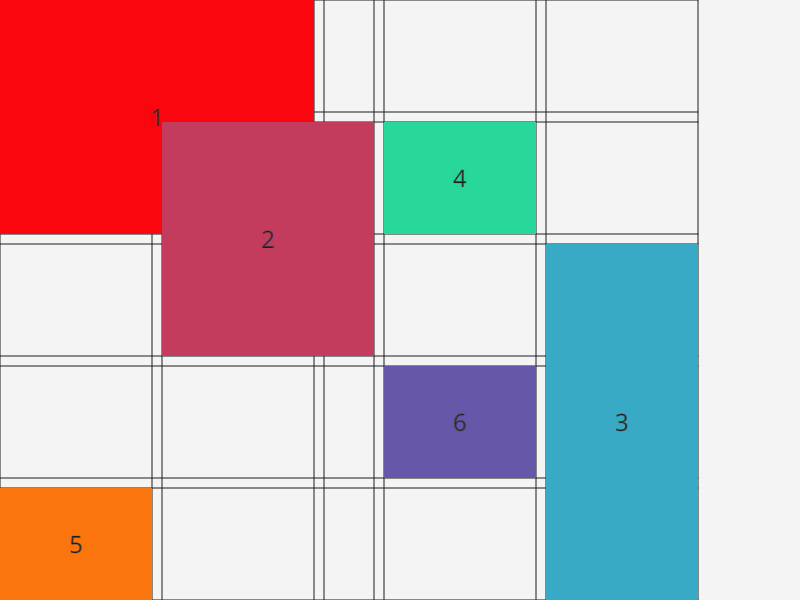
Repository: AlanVidalll/Curso-Java-Completo
Program's window: java exercicios-javafx/src/layout/AppLayout.java
An editor plug-in stored every save of this project. The program's window is shown before and after the next save, followed by the edit.
It runs on Java 21 on a 1366 x 768 screen with JavaFX 11; the title bar is not drawn.

Above is the program's window before, as saved 2020-04-11 14:03:26.

### exercicios-javafx/src/layout/AppLayout.java
package layout;

import javafx.application.Application;
import javafx.scene.Parent;
import javafx.scene.Scene;
import javafx.stage.Stage;

public class AppLayout extends Application {

	@Override
	public void start(Stage primaryStage) throws Exception {
		Parent raiz = null;

		raiz = new TesteAnchorPane();
		raiz = new TesteBorderPane();
		raiz = new TesteFlowPane();
		raiz = new TesteGridPane();

		//Scene principal = new Scene(new TesteAnchorPane(),800,600);
		Scene principal = new Scene(raiz,800,600);

		primaryStage.setScene(principal);
		primaryStage.setTitle("Gerenciadores de Layout");
		primaryStage.show();
	}

	public static void main(String[] args) {
		launch(args);
	}

}

### exercicios-javafx/src/layout/TesteGridPane.java
package layout;

import javafx.scene.layout.ColumnConstraints;
import javafx.scene.layout.GridPane;
import javafx.scene.layout.RowConstraints;

public class TesteGridPane extends GridPane {

	public TesteGridPane() {

		Caixa c1 = new Caixa().comTexto("1");
		Caixa c2 = new Caixa().comTexto("2");
		Caixa c3 = new Caixa().comTexto("3");
		Caixa c4 = new Caixa().comTexto("4");
		Caixa c5 = new Caixa().comTexto("5");
		Caixa c6 = new Caixa().comTexto("6");

		setGridLinesVisible(true);

		getColumnConstraints().addAll(cc(), cc(), fcc(), cc(), cc());
		getRowConstraints().addAll(rc(), rc(), rc(), rc(), rc());

		setVgap(10);
		setHgap(10);

		add(c1, 0, 0, 2, 2);
		add(c2, 1, 1, 2, 2);
		add(c3, 4, 2, 1, 3);
		add(c4, 3, 1);
		add(c5, 0,4);
		add(c6,3,3);
	}

	private ColumnConstraints cc() {

		ColumnConstraints cc = new ColumnConstraints();
		cc.setPercentWidth(20);
		cc.setFillWidth(true);
		return cc;

	}

	private ColumnConstraints fcc() {

		ColumnConstraints cc = new ColumnConstraints();
		//cc.setPercentWidth(20);
		cc.setMinWidth(50);
		cc.setMaxWidth(50);
		cc.setFillWidth(true);
		return cc;

	}

	private RowConstraints rc() {
		RowConstraints rc = new RowConstraints();
		rc.setPercentHeight(20);
		rc.setFillHeight(true);
		return rc;

	}
}

### exercicios-javafx/src/layout/TesteAnchorPane.java
package layout;

import javafx.geometry.Pos;
import javafx.scene.layout.AnchorPane;
import javafx.scene.layout.HBox;

public class TesteAnchorPane extends AnchorPane {

	public TesteAnchorPane() {

		Quadrado q1 = new Quadrado();
		setTopAnchor(q1, 10.0);
		setLeftAnchor(q1, 10.0);

		Quadrado q2 = new Quadrado();
		setTopAnchor(q2, 10.0);
		setRightAnchor(q2, 10.0);

		Quadrado q3 = new Quadrado();
		setBottomAnchor(q3, 10.0);
		setLeftAnchor(q3, 10.0);

		Quadrado q4 = new Quadrado();
		setBottomAnchor(q4, 10.0);
		setRightAnchor(q4, 10.0);


		HBox centro = new HBox();
		centro.setAlignment(Pos.CENTER);
		setTopAnchor(centro, 110.0);
		setBottomAnchor(centro, 110.0);
		setLeftAnchor(centro, 110.0);
		setRightAnchor(centro, 110.0);

		Quadrado q5 = new Quadrado();
		centro.getChildren().add(q5);

		getChildren().addAll(q1,q2,q3,q4,centro);
	}


}

### exercicios-javafx/src/layout/Quadrado.java
package layout;

import javafx.scene.paint.Color;
import javafx.scene.shape.Rectangle;

public class Quadrado extends Rectangle {

	private static int i = 0;

	private String[] cores = {
			"c33c5e", "39aac6",
			"28d79a", "fb750e",
			"6657a8", "f9060e"

	};

	public Quadrado() {
		this(100, 100);
	}

	public Quadrado(int largura, int altura) {

		setWidth(largura);
		setHeight(altura);

		setFill(Color.web(cores[i]));
		;
		i++;
		if (i == 6)
			i = 0;
	}

}

### exercicios-javafx/src/layout/TesteBorderPane.java
package layout;

import javafx.scene.layout.BorderPane;

public class TesteBorderPane extends BorderPane {

	public TesteBorderPane () {


		Caixa c1 = new Caixa().comTexto("Topo");
		setTop(c1);
		Caixa c2 = new Caixa().comTexto("Esquerda");
		setLeft(c2);
		Caixa c3 = new Caixa().comTexto("Direita");
		setRight(c3);
		Caixa c4 = new Caixa().comTexto("Fundo");
		setBottom(c4);
		Caixa c5 = new Caixa().comTexto("Centro");
		setCenter(c5);
	}
}

### exercicios-javafx/src/layout/Caixa.java
package layout;

import javafx.geometry.Insets;
import javafx.geometry.Pos;
import javafx.scene.control.Label;
import javafx.scene.layout.Background;
import javafx.scene.layout.BackgroundFill;
import javafx.scene.layout.CornerRadii;
import javafx.scene.layout.HBox;
import javafx.scene.paint.Color;
import javafx.scene.text.Font;

public class Caixa extends HBox {

	private static int i = 0;

	private String[] cores = { "c33c5e", "39aac6", "28d79a", "fb750e", "6657a8", "f9060e"

	};

	public Caixa() {
		this(100, 100);
	}

	public Caixa(int largura, int altura) {
		setAlignment(Pos.CENTER);
		setMinWidth(largura);
		setMinHeight(altura);

		BackgroundFill fill =
				new BackgroundFill(Color.web(cores[i]),
						CornerRadii.EMPTY, Insets.EMPTY);
		setBackground(new Background(fill));
		i++;
		if(i == 6) i= 0;
	}

	public Caixa comTexto(String texto) {
		Label label = new Label(texto);
		label.setFont(new Font(24));
		getChildren().add(label);
		return this;
	}

}

### exercicios-javafx/src/layout/TesteFlowPane.java
package layout;

import javafx.geometry.Insets;
import javafx.geometry.Orientation;
import javafx.geometry.Pos;
import javafx.scene.layout.FlowPane;

public class TesteFlowPane extends FlowPane {


	public TesteFlowPane() {

		Quadrado q1 = new Quadrado();
		Quadrado q2 = new Quadrado();
		Quadrado q3 = new Quadrado();
		Quadrado q4 = new Quadrado();
		Quadrado q5 = new Quadrado();

		setHgap(10.0);
		setVgap(10.0);
		setPadding(new Insets(10));

		setOrientation(Orientation.VERTICAL);
		setAlignment(Pos.CENTER_RIGHT);

		getChildren().addAll(q1,q2,q3,q4,q5);



	}

}

After the next save:
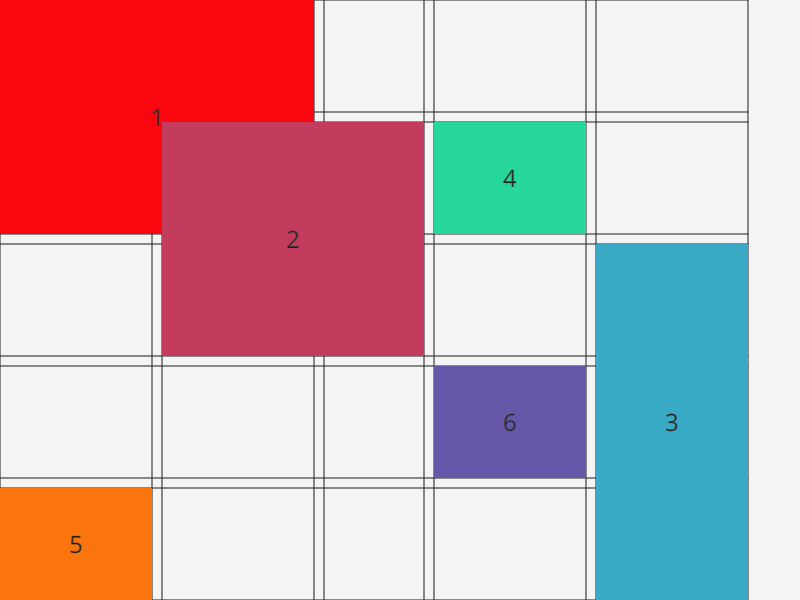
Saved 27 s later.
--- a/exercicios-javafx/src/layout/TesteGridPane.java
+++ b/exercicios-javafx/src/layout/TesteGridPane.java
@@ -44,8 +44,8 @@
 
 		ColumnConstraints cc = new ColumnConstraints();
 		//cc.setPercentWidth(20);
-		cc.setMinWidth(50);
-		cc.setMaxWidth(50);
+		cc.setMinWidth(100);
+		cc.setMaxWidth(100);
 		cc.setFillWidth(true);
 		return cc;
 
